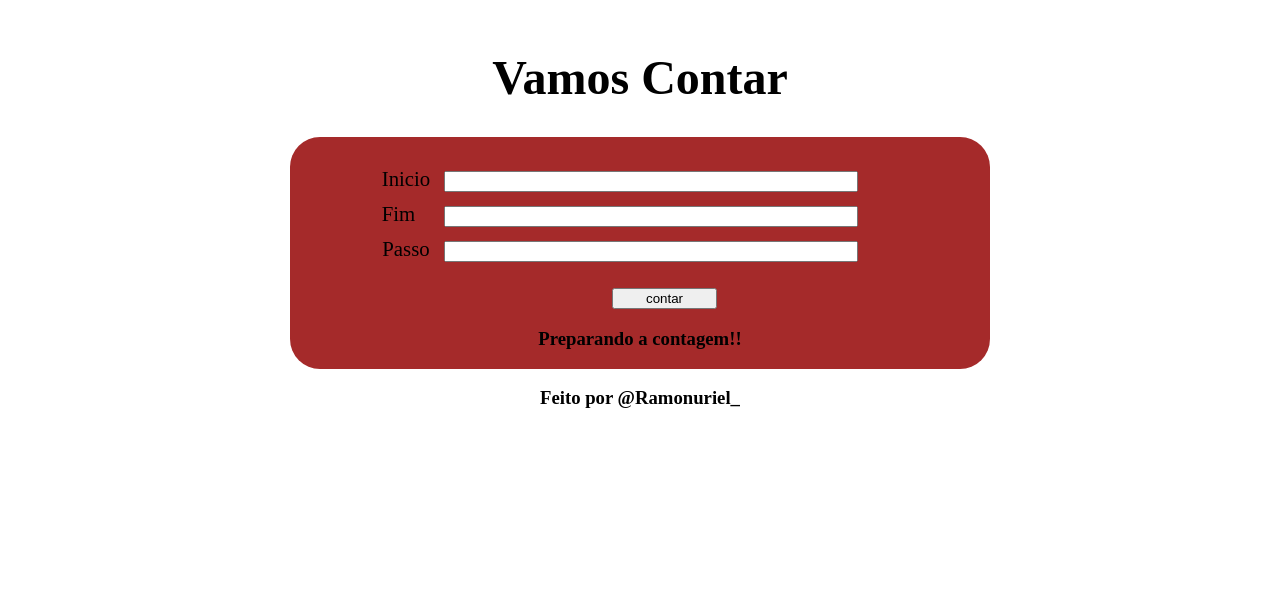
Repository: Ramonuriel/JS-Projetos
Page: Contador automatico/exercicio.html
An editor plug-in stored every save of this project. The page is shown before and after the next save, followed by the edit.
The browser window is 1280 px wide. The pictures show the whole page.

Above is the page before, as saved 2022-12-27 21:14:32.

### Contador automatico/exercicio.html
<!DOCTYPE html>
<html lang="en">

<head>
  <meta charset="UTF-8">
  <meta http-equiv="X-UA-Compatible" content="IE=edge">
  <meta name="viewport" content="width=device-width, initial-scale=1.0">
  <link rel="stylesheet" href="style.css">
  <title>Exercicio</title>
</head>

<body>
  <h1 class="title">Vamos Contar</h1>
  <section class="projeto">
    <ul>
      <li>
        <label for="number">Inicio</label>
        <input type="number" name="" id="inicio">
      </li>
      <li>
        <label for="number">Fim</label>
        <input type="number" name="" id="Fim">
      </li>
      <li> <label for="number">Passo</label>
        <input type="number" name="" id="Passo">
      </li>
    </ul>
    <input class="btn" type="button" value="contar" onclick="contar()">

    <div>
      <h3 class="resultado">Preparando a contagem!!</h3>
    </div>
  </section>

  <footer>
    <h3>Feito por @Ramonuriel_</h3>
  </footer>



  <script src="exercicio.js"></script>
</body>

</html>

### Contador automatico/style.css
body {
  margin: 0;
  padding: 0;
  width: 100%;
  align-items: center;
  text-align: center;
}
.title {
  font-size: 3rem;
  margin-top: 50px;
}

.projeto {
  display: inline-flex;
  flex-direction: column;
  width: 700px;
  max-height: 100%;
  background-color: brown;
  align-items: left;
  justify-content: start;
  border-radius: 30px;
}

h2 {
  font-size: 2rem;
}

ul {
  margin-right: 80px;
  margin-top: 30px;
}
li {
  list-style-type: none;
  margin-bottom: 10px;
}

label {
  font-size: 1.3rem;
  margin-right: 10px;
}

input {
  width: 70%;
}
#Fim {
  margin-left: 15px;
}

.btn {
  margin-left: 322px;
  width: 15%;
  cursor: pointer;
}

### Contador automatico/exercicio.js
function contar() {
  let inicio = document.querySelector('#inicio')
  let fim = document.querySelector('#Fim')
  let passo = document.querySelector('#Passo')
  let res = document.querySelector('.resultado')

  if (
    inicio.value.length == 0 ||
    fim.value.length == 0 ||
    passo.value.length == 0
  ) {
    window.alert('[ERRO] Preencha todos os campos.')
  } else {
    res.innerHTML = 'Contando: '
    let i = Number(inicio.value)
    let f = Number(fim.value)
    let p = Number(passo.value)
    if (i < f)
      for (let c = i; c <= f; c += p) {
        res.innerHTML += ` ${c} \u{1f449}, `
      }
    else {
      for (let c = i; c >= f; c -= p) {
        res.innerHTML += ` ${c} \u{1f449}`
      }
    }
  }
}

After the next save:
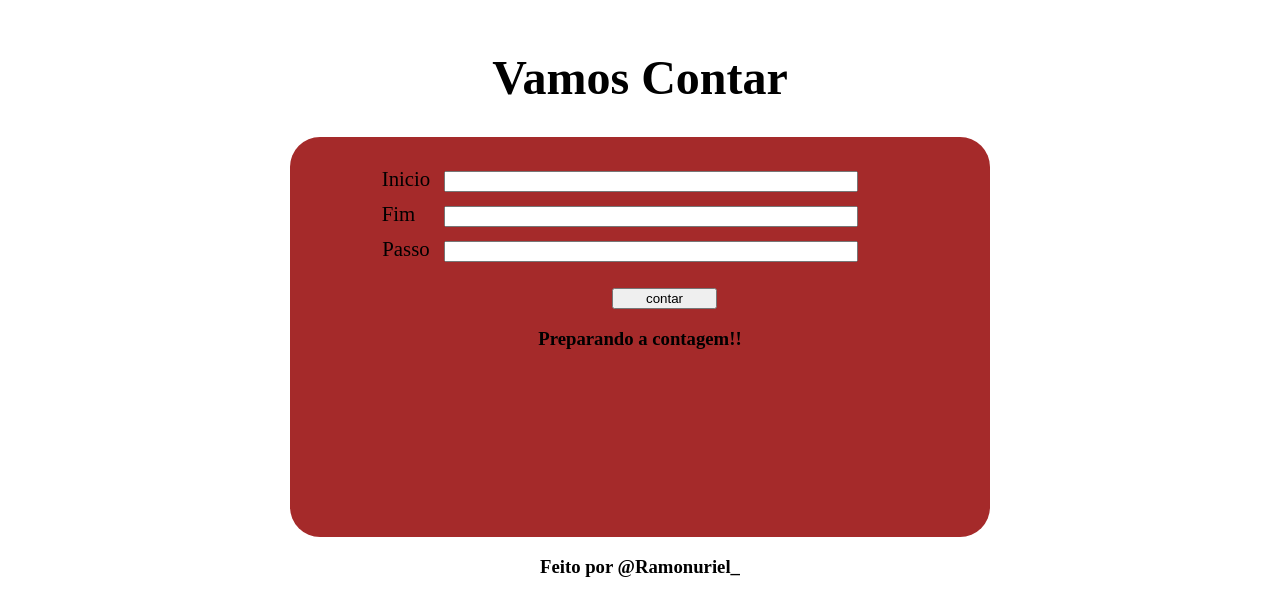
Saved 15 s later.
--- a/Contador automatico/style.css
+++ b/Contador automatico/style.css
@@ -15,6 +15,7 @@ body {
   flex-direction: column;
   width: 700px;
   max-height: 100%;
+  height: 400px;
   background-color: brown;
   align-items: left;
   justify-content: start;
